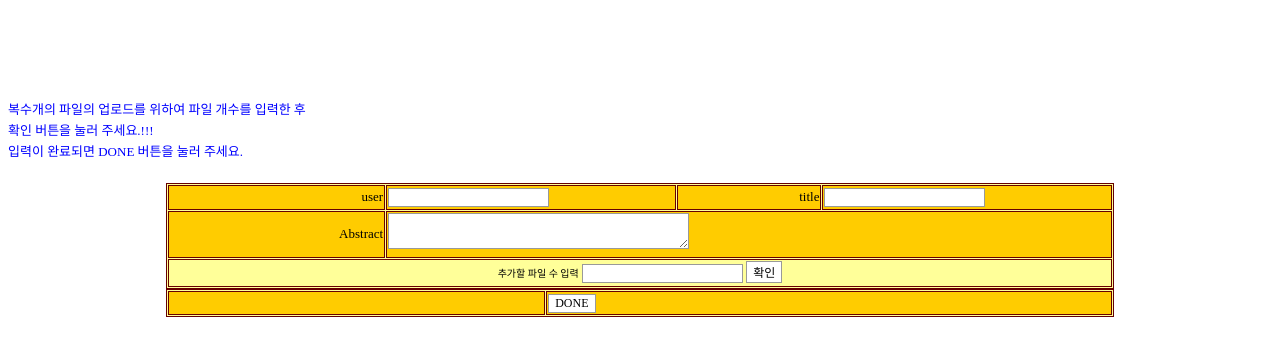
Repository: kr1124/jsp
Page: http://localhost/ServletProject/fileupload/fileSelect.jsp
An editor plug-in stored every save of this project. The page is shown before and after the next save, followed by the edit.
The browser window is 1280 px wide. The pictures show the whole page.
The page is served by Tomcat 9.

Above is the page before, as saved 2024-12-12 09:02:17.

After the next save:
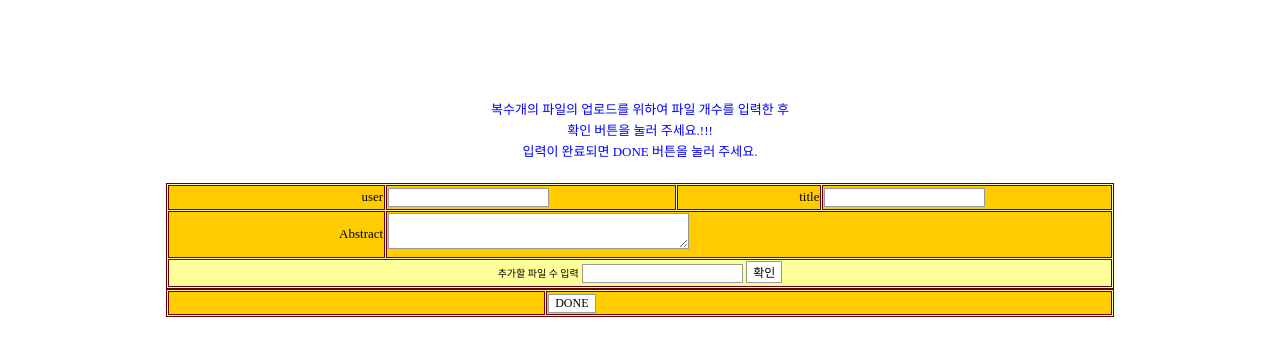
Saved 2 min 53 s later.
--- a/ServletProject/src/main/webapp/fileupload/fileSelect.jsp
+++ b/ServletProject/src/main/webapp/fileupload/fileSelect.jsp
@@ -59,7 +59,7 @@
 	</script>
 </head>
 <body topmargin="100">
-	<div align="left">
+	<div align="center">
 		<font color="#0000ff" size="2">
 			복수개의 파일의 업로드를 위하여 파일 개수를 입력한 후 <br>
 			확인 버튼을 눌러 주세요.!!! <br>
